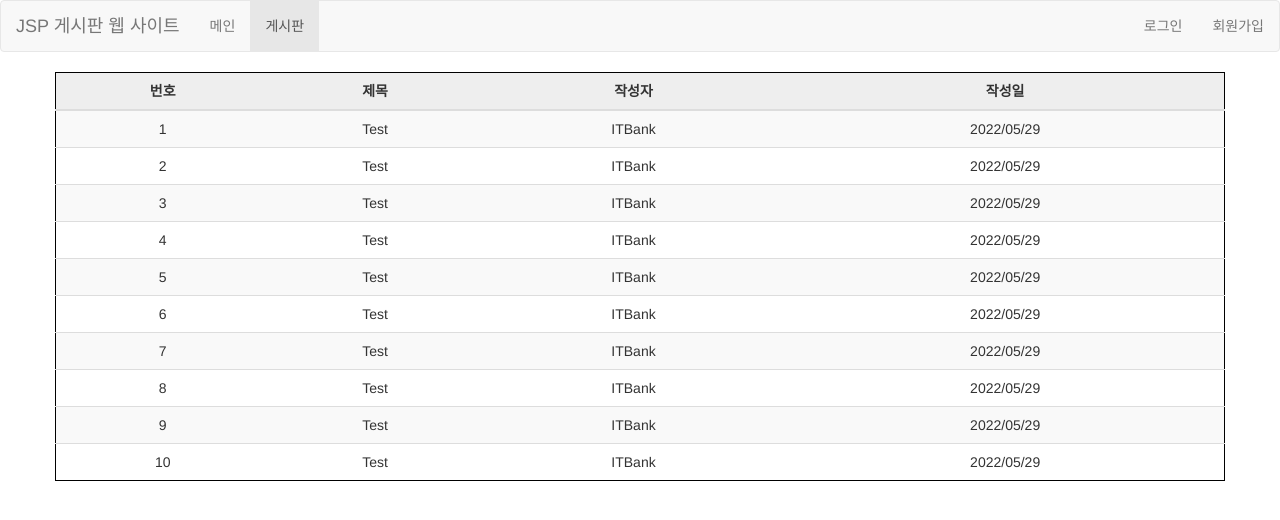
Repository: jjb5442/JSP
Page: http://localhost/07_JSP_FinalProject/board.jsp
The author's editor kept a copy of each file at every save. The page is drawn from the files as they stood at one save, then again after the next save.
The browser window is 1280 px wide. The pictures show the whole page.
Some web libraries are served in a nearby version. The page is served by Tomcat 9.

Above is the page before, as saved 2022-05-29 01:25:09.

After the next save:
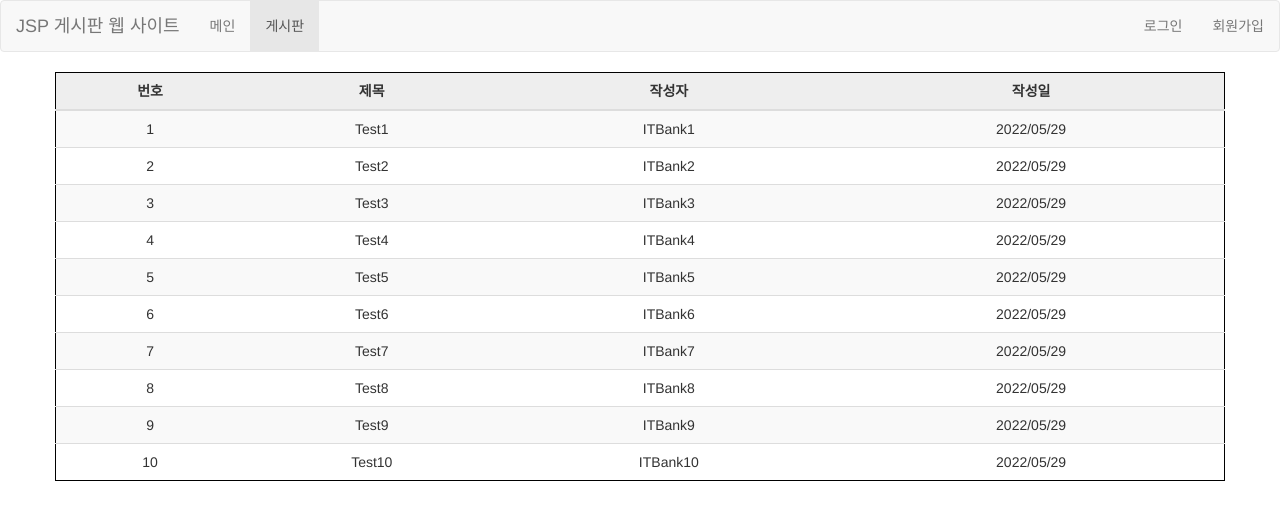
Saved 11 s later.
--- a/8Day/workspace/07_JSP_FinalProject/src/main/webapp/board.jsp
+++ b/8Day/workspace/07_JSP_FinalProject/src/main/webapp/board.jsp
@@ -23,8 +23,8 @@
 					<% for(int i = 1 ; i <= 10 ; i++) {%>
 						<tr>
 							<td><%= i %></td>
-							<td>Test</td>
-							<td>ITBank</td>
+							<td>Test<%= i %></td>
+							<td>ITBank<%= i %></td>
 							<td>2022/05/29</td>
 						</tr>
 					<% } %>
